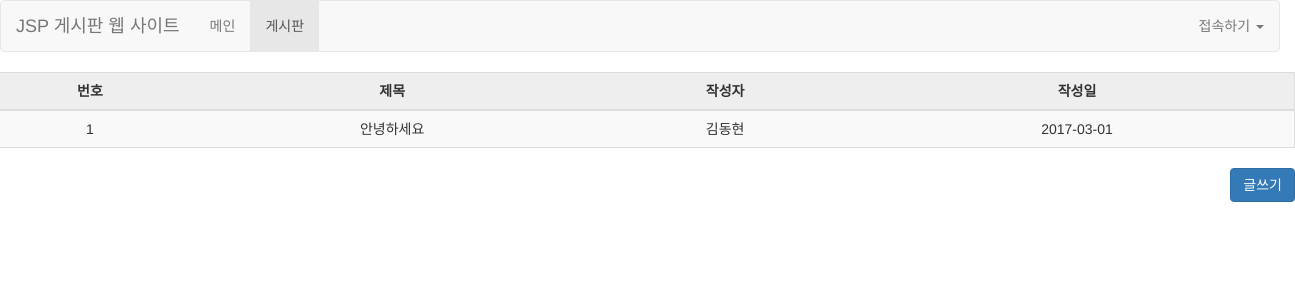
Repository: GorillaDunk/JSP
Page: http://localhost/BBS/bbs.jsp
These files come from the project's save history. The page is drawn as it stood at one moment and after the next save; the edit follows.
The browser window is 1280 px wide. The page is 1295 px wide, then 1280 px, so the pictures cover 1295 px, including what lies to the right of the window. The pictures show the whole page.
Some web libraries are served in a nearby version. The page is served by Tomcat 9. Other server files are loaded and not shown.

Above is the page before, as saved 2023-10-14 11:44:01.

### projects/BBS/src/main/webapp/bbs.jsp
<%@ page language="java" contentType="text/html; charset=UTF-8"
    pageEncoding="UTF-8"%>

<%@ page import="java.io.PrintWriter" %>
<!DOCTYPE html>
<html>
<head>
	<meta charset="UTF-8">
	<meta name="viewport" content="width=device-width", initial-scale="1">
	<link rel="stylesheet" href="css/bootstrap.css">
	<title>JSP 게시판 웹 사이트</title>
</head>
<body>

<%
	String userID = null;
	if(session.getAttribute("userID") != null){
		userID = (String)session.getAttribute("userID");
	}
%>

<!-- navbar -->
	<nav class="navbar navbar-default">
		<div class="navbar-header">
			<button type="button" class="navbar-toggle collapsed"
				data-toggle="collapse" data-target="#bs-example-navbar-collapse-1" aria-expanded="false">
				<!-- 이 녀석이 오른쪽에 화면을 줄였을 때 나오는 줄 -->
				<span class="icon-bar"></span>
				<span class="icon-bar"></span>
				<span class="icon-bar"></span>
			</button>
		<a class="navbar-brand" href="main.jsp"> JSP 게시판 웹 사이트 </a>
		</div>



		<div class="collapse navbar-collapse" id="bs-example-navbar-collapse-1">
			<ul class="nav navbar-nav">
				<li > <a href="main.jsp">메인</a></li>
				<li class="active"> <a href="bbs.jsp">게시판</a></li>
			</ul>

		<%
		if(userID == null){
		%>
			<ul class="nav navbar-nav navbar-right">
				<li class="dropdown">
					<a href="#" class="dropdown-toggle"
					data-toggle="dropdown" role="button" aria-haspopup="true" aria-expanded="false"> 접속하기 <span class="caret"></span></a>

					<ul class="dropdown-menu">
						<li class="active"><a href="login.jsp">로그인</a></li>
						<li> <a href="join.jsp">회원가입</a></li>
					</ul>
				</li>
			</ul>


		<%}else{%>
		<ul class="nav navbar-nav navbar-right">
				<li class="dropdown">
					<a href="#" class="dropdown-toggle"
					data-toggle="dropdown" role="button" aria-haspopup="true" aria-expanded="false"> 회원관리 <span class="caret"></span></a>
					<ul class="dropdown-menu">
						<li> <a href="logoutAction.jsp">로그아웃</a></li>
					</ul>
				</li>
			</ul>

		<%}%>

		</div>
	</nav>

	<div class="coㅜtainer">
		<div class="row">
			<table class="table table-striped" style="text-align: center; border: 1px solid #dddddd">
			<thead>
				<tr>
					<th style="background-color:#eeeeee; text-align: center;">번호 </th>
					<th style="background-color:#eeeeee; text-align: center;">제목 </th>
					<th style="background-color:#eeeeee; text-align: center;">작성자 </th>
					<th style="background-color:#eeeeee; text-align: center;">작성일</th>
				</tr>
			</thead>

			<tbody>
				<tr>
					<td>1</td>
					<td>안녕하세요</td>
					<td>김동현</td>
					<td>2017-03-01</td>
				</tr>
			</tbody>
			</table>
			<a href="write.jsp" class="btn btn-primary pull-right"> 글쓰기 </a>
		</div>
	</div>

	<script src="https://code.jquery.com/jquery-3.1.1.min.js"></script>
	<script src="js/bootstrap.js"></script>


</body>
</html>

Loaded but not shown: projects/BBS/src/main/webapp/css/bootstrap.css (library); projects/BBS/src/main/webapp/js/bootstrap.js (library)

After the next save:
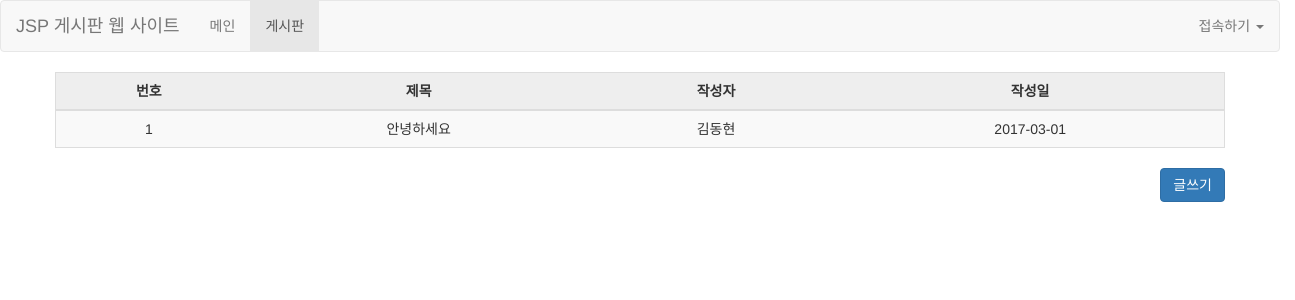
Saved 5 s later.
--- a/projects/BBS/src/main/webapp/bbs.jsp
+++ b/projects/BBS/src/main/webapp/bbs.jsp
@@ -72,7 +72,7 @@
 		</div>
 	</nav>
 
-	<div class="coㅜtainer">
+	<div class="container">
 		<div class="row">
 			<table class="table table-striped" style="text-align: center; border: 1px solid #dddddd">
 			<thead>
